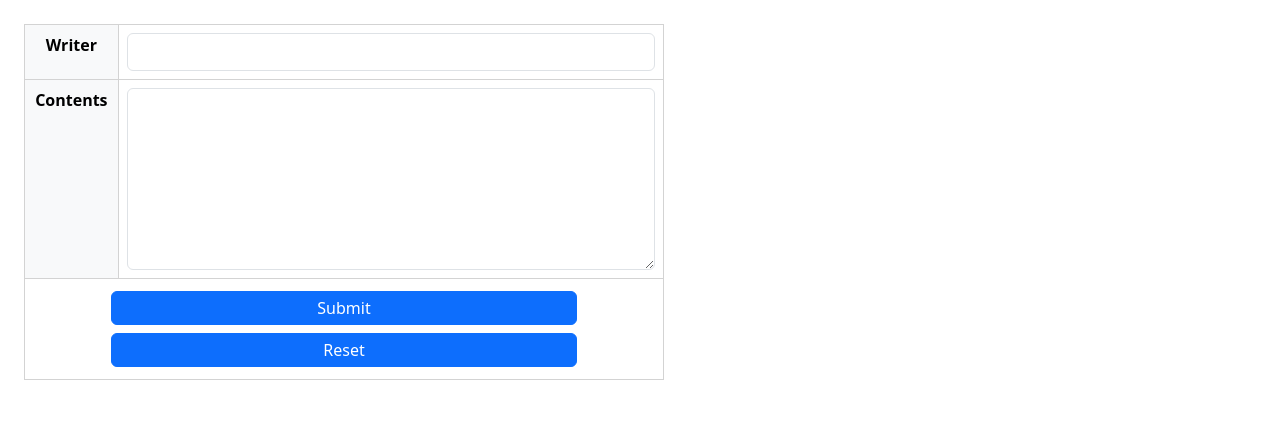
Repository: tomaters/servlets-JSP
Page: jsptest/src/main/webapp/bbs/write2.html
An editor plug-in stored every save of this project. The page is shown before and after the next save, followed by the edit.
The browser window is 1280 px wide. The pictures show the whole page.

Above is the page before, as saved 2023-11-29 06:35:10.

### jsptest/src/main/webapp/bbs/write2.html
<!DOCTYPE html>
<html>
<head>
<meta charset="UTF-8">
<title>Insert title here</title>
 <!-- import Bootstrap -->
    <link href="https://cdn.jsdelivr.net/npm/bootstrap@5.3.2/dist/css/bootstrap.min.css" rel="stylesheet">
    <script src="https://cdn.jsdelivr.net/npm/bootstrap@5.3.2/dist/js/bootstrap.bundle.min.js"></script>
</head>
<body>
<form method="post" action="/jsptest/visit">
      <table align="center" class="table text-center table-bordered table-hover p-2 m-4 w-50" style="border:lightgray">
        <tr class="w-100 bg-dark">
            <th class="text-center bg-light">Writer</th>
        		<td>
        			<input type="text" name="writer" class="form-control">
        		</td>
        	</tr>
        <tr>
        	<th class="text-center bg-light">Contents</th>
        	<td>
          		<textarea rows="7" cols="50" name="memo" class="form-control"></textarea>
         	</td>
        </tr>
        <tr>
         <td colspan="2" align="center">
           <input type="submit" class="btn btn-primary w-75 p-1 m-1" value="Submit">
           <input type="reset" class="btn btn-primary w-75 p-1 m-1" value="Reset">
         </td>
         </tr>
    </table>
    </form>
</body>
</html>

After the next save:
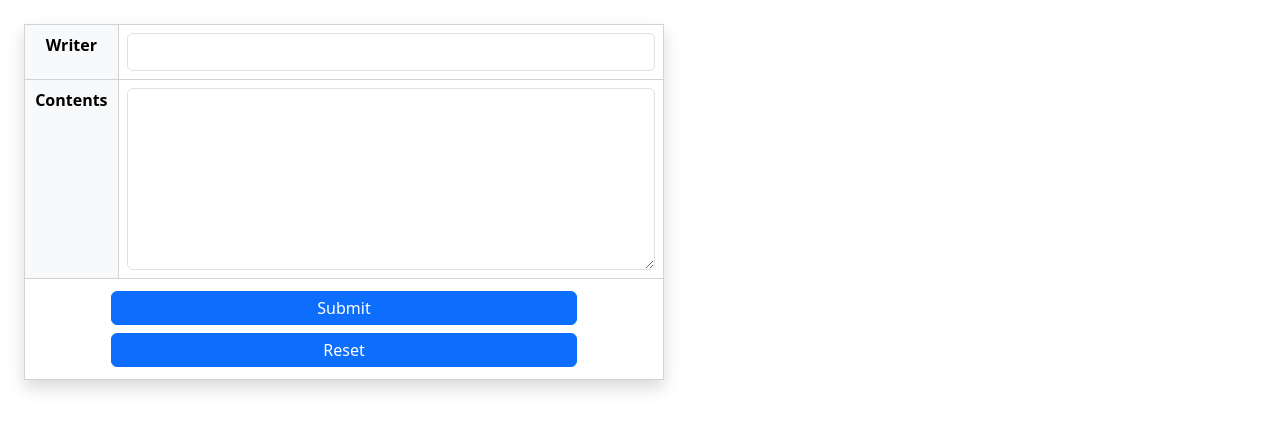
Saved 25 s later.
--- a/jsptest/src/main/webapp/bbs/write2.html
+++ b/jsptest/src/main/webapp/bbs/write2.html
@@ -9,7 +9,7 @@
 </head>
 <body>
 <form method="post" action="/jsptest/visit">
-      <table align="center" class="table text-center table-bordered table-hover p-2 m-4 w-50" style="border:lightgray">
+      <table align="center" class="table text-center table-bordered table-hover p-2 m-4 w-50 shadow" style="border:lightgray">
         <tr class="w-100 bg-dark">
             <th class="text-center bg-light">Writer</th>
         		<td>
